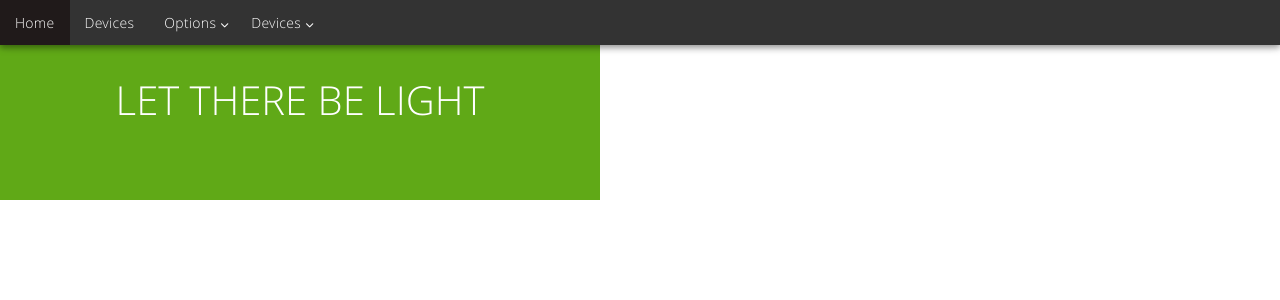
Repository: Pietvergiet/RPiProject
Page: http://localhost/RPi/
The author's editor kept a copy of each file at every save. The page is drawn from the files as they stood at one save, then again after the next save.
The browser window is 1280 px wide. The pictures show the whole page.
The page is served by Tomcat 9.

Above is the page before, as saved 2014-10-21 21:34:08.

After the next save:
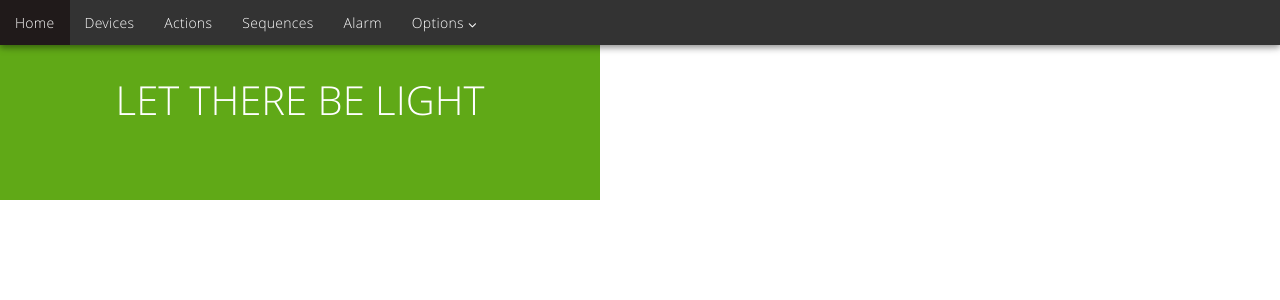
Saved 9 min 39 s later.
--- a/RPi/src/main/webapp/index.jsp
+++ b/RPi/src/main/webapp/index.jsp
@@ -19,22 +19,18 @@
 <div class="navigation-bar dark fixed-top shadow">
         <ul class="element-menu">
         	<li><a href="/RPi">Home</a></li>
-        	<li><a href="./#Devices">Devices</a></li>
+        	<li><a href="#Devices">Devices</a></li>
+        	<li><a href="#Actions">Actions</a></li>
+        	<li><a href="#Sequence">Sequences</a></li>
+        	<li><a href="#Alarm">Alarm</a></li>
         	<li>
                 <a class="dropdown-toggle" href="#Options">Options</a>
                 <ul class="dropdown-menu dark" data-role="dropdown" style="display: none;">
-                    <li><a href="#Add">Add a device</a></li>
+                	<li><a href="#Time">Set the time</a></li>
+                    <li><a href="#Record">Record new action</a></li>
+                    <li><a href="#Add">Add a new Device</a></li>
                     <li><a href="#Remove">Remove a device</a></li>
-                    <li><a href="#Edit">Edit a device</a></li>
-                </ul>
-            </li>
-            <li>
-                <a class="dropdown-toggle" href="#Devices">Devices</a>
-                <ul class="dropdown-menu dark" data-role="dropdown" style="display: none;">
-                    <li><a href="#Tv">Tv</a></li>
-                    <li><a href="#DVD">DVD</a></li>
-                    <li><a href="#Radio">Radio</a></li>
-                    <li><a href="#Secret Device">Nothing</a></li>
+                    <li><a href="#Edit">Remove an action</a></li>
                 </ul>
             </li>
     	</ul>
